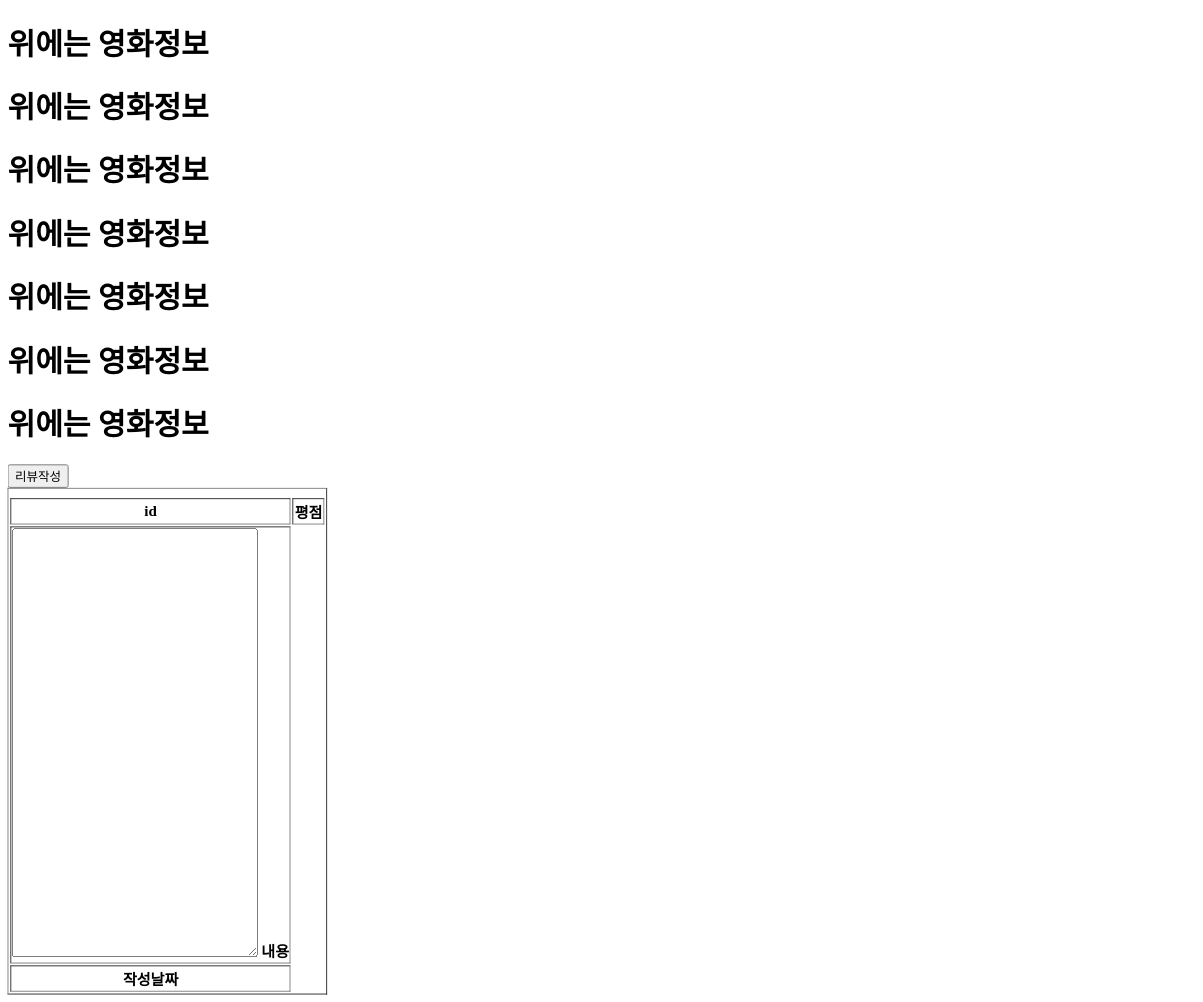
Repository: homerking-092/project
Page: http://localhost/MovieProject/review/review_list.jsp
An editor plug-in stored every save of this project. The page is shown before and after the next save, followed by the edit.
The browser window is 1280 px wide. The pictures show the whole page, at 94% of full size.
The page is served by Tomcat 9.

Above is the page before, as saved 2021-08-15 08:55:34.

After the next save:
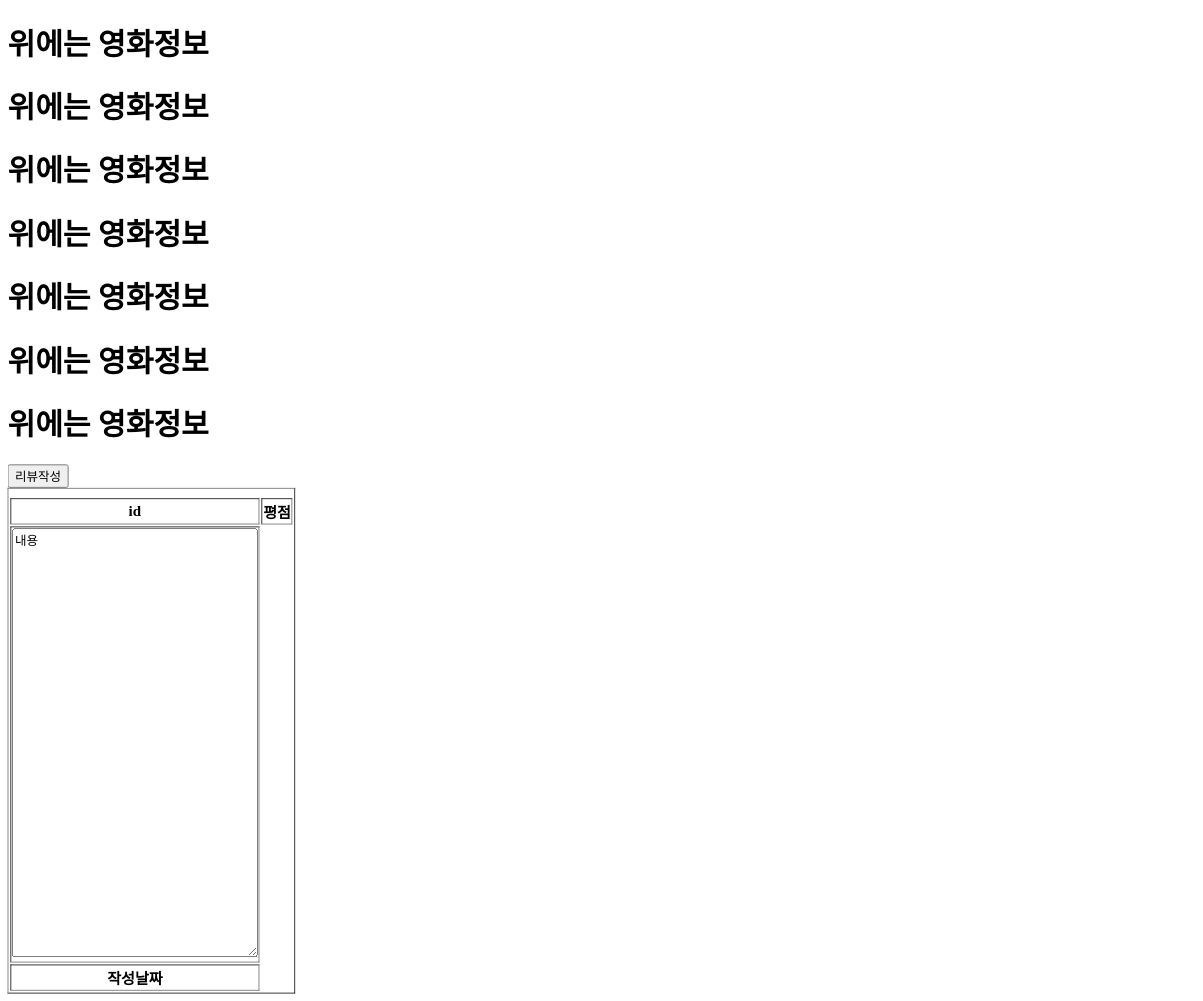
Saved 30 s later.
--- a/MovieProject/WebContent/review/review_list.jsp
+++ b/MovieProject/WebContent/review/review_list.jsp
@@ -32,7 +32,7 @@
 
 		</tr>
 		<tr>
-			<th><textarea rows="30" cols="30"></textarea> 내용</th>
+			<th><textarea rows="30" cols="30">내용</textarea></th>
 
 		</tr>
 		<tr>
